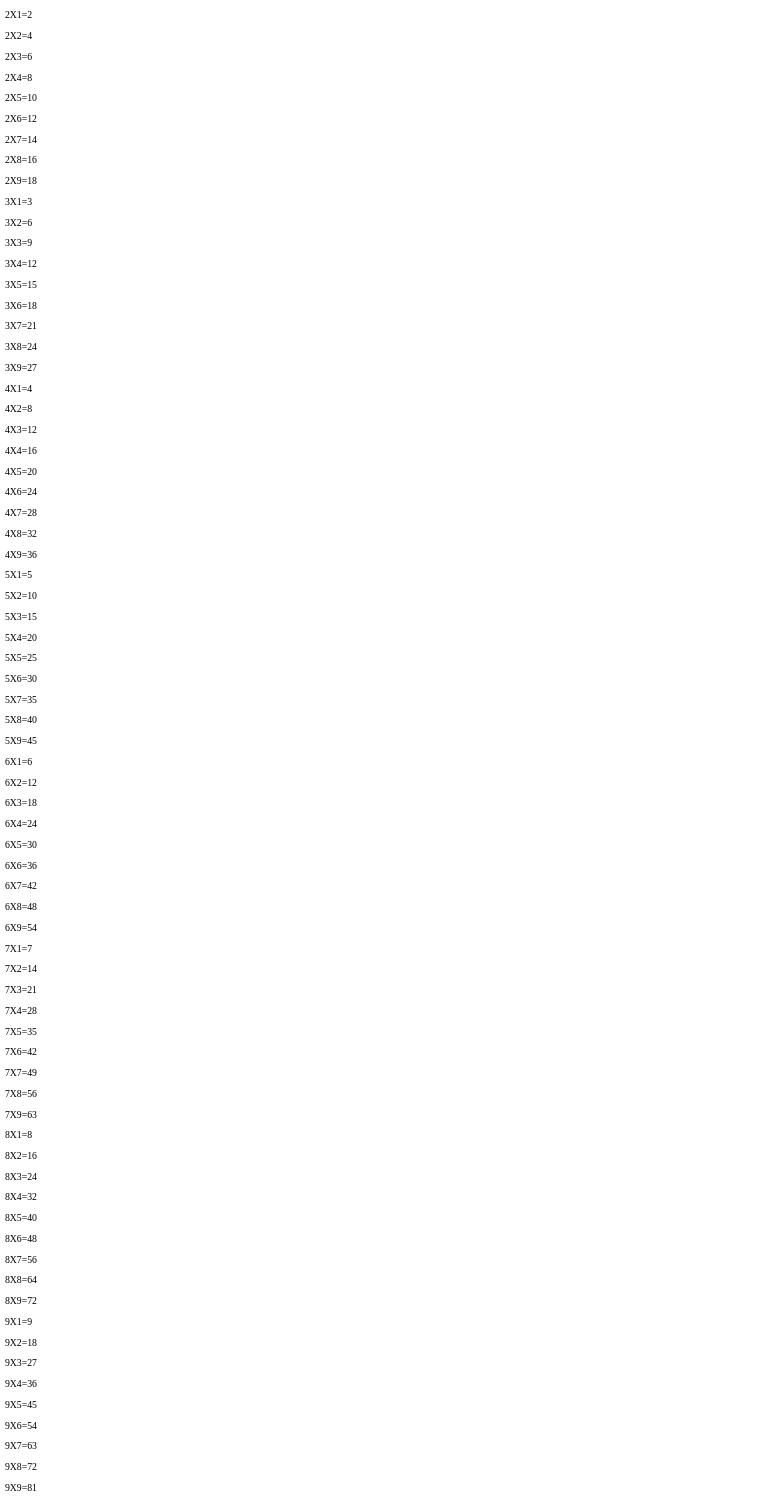
Repository: Kimgigon123123/JspServlet
Page: http://localhost/03.Tag/01.Script/Ex04For.jsp
These files come from the project's save history. The page is drawn as it stood at one moment and after the next save; the edit follows.
The browser window is 1280 px wide. The pictures show the whole page, at 61% of full size.
The page is served by Tomcat 9.

Above is the page before, as saved 2023-05-19 02:05:38.

After the next save:
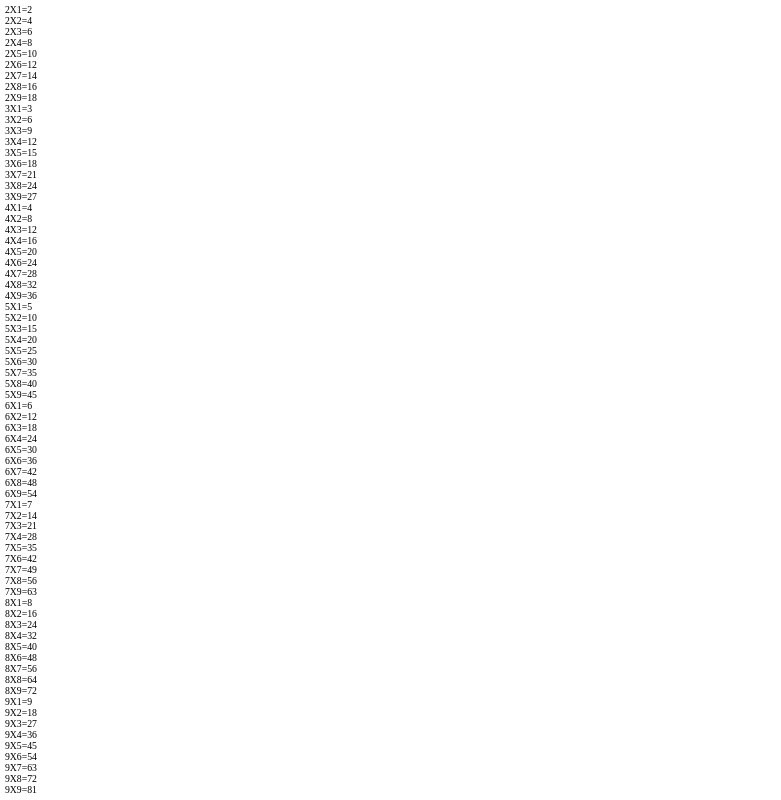
Saved 78 s later.
--- a/WorkSpace/03.Tag/src/main/webapp/01.Script/Ex04For.jsp
+++ b/WorkSpace/03.Tag/src/main/webapp/01.Script/Ex04For.jsp
@@ -10,10 +10,10 @@
 
 	<% for(int i=2;i<=9;i++){
 		for(int j=1;j<=9;j++){%>
-	<p><%=i+"X"+j+"="+i*j %>
+	<table><%=i+"X"+j+"="+i*j %>
 
 	<% } %>
-	<% }%> </p>
+	<% }%> </table>
 
 
 
